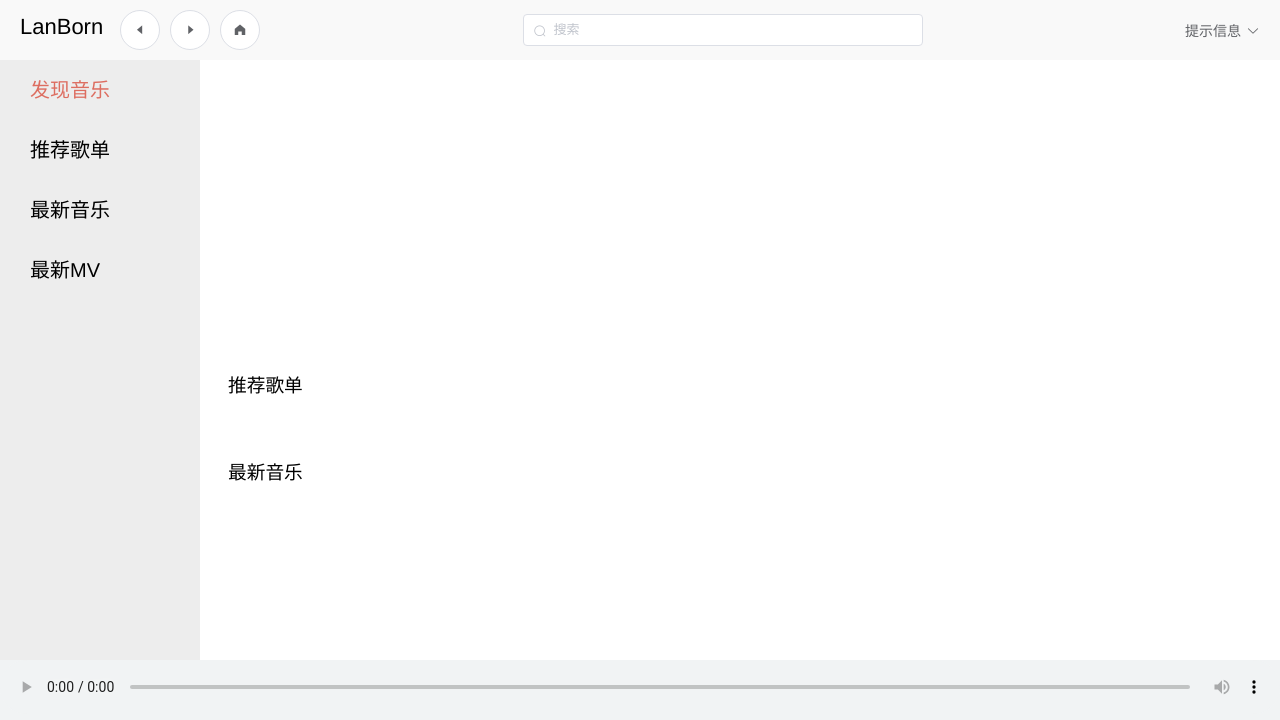
Repository: Lanborn/cloud_music
Page: /
An editor plug-in stored every save of this project. The page is shown before and after a run of saves, followed by the edit.
The browser window is 1280 px wide. The pictures show the whole page.
The page's requests for data from a server got no answer. An inner scrolling area shows only its first screen. The project was rebuilt for these pictures with package versions that can differ from the ones it lists, and the page was loaded fresh each time. No one was signed in, and anything a server would have sent is missing. Also part of the build but not shown: vue.config.js, src/components/playlists.vue, src/components/songs.vue, src/components/mvs.vue, src/components/result.vue, src/components/playlist.vue, src/components/mv.vue.

Above is the page before, as saved 2021-12-12 14:30:14.

After the next 2 saves:
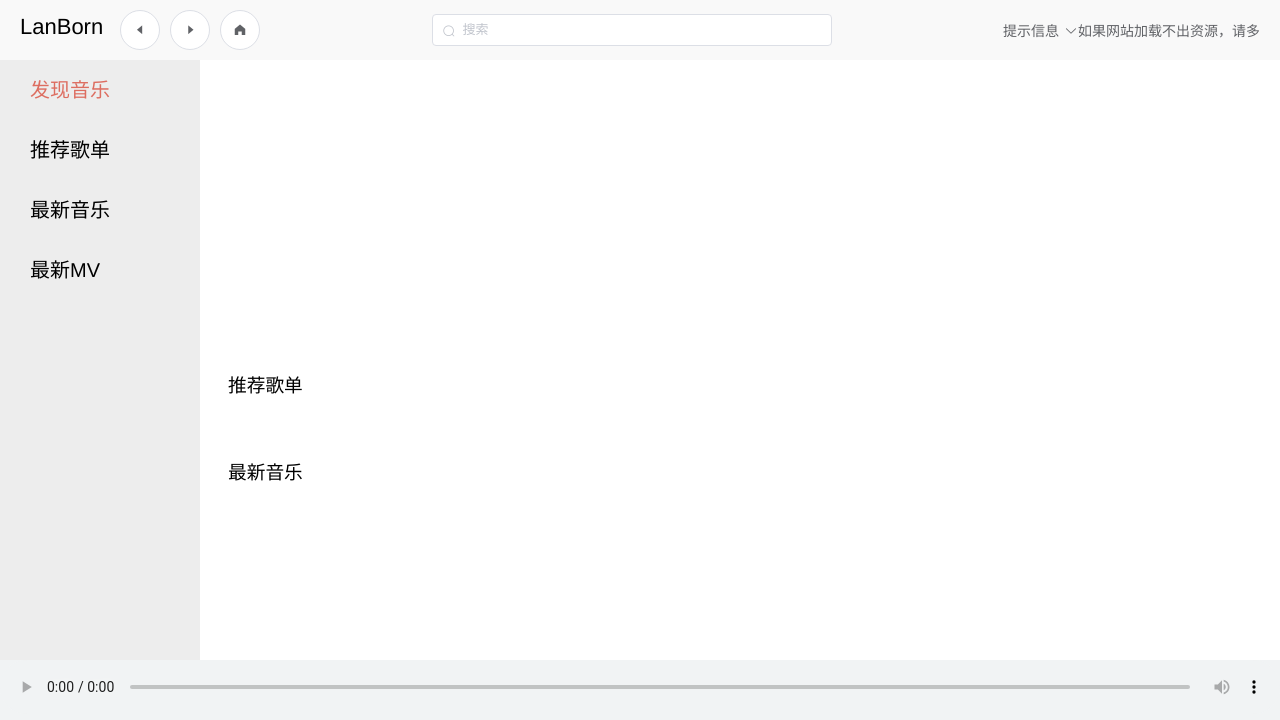
The 2 saves are shown as one change because they came seconds apart.
The last was saved 14 s later.
--- a/src/views/top.vue
+++ b/src/views/top.vue
@@ -38,7 +38,7 @@
     <div class="right-box">
         <el-dropdown>
           <span class="el-dropdown-link">
-            提示信息<i class="el-icon-arrow-down el-icon--right"></i>
+            提示信息<i class="el-icon-arrow-down el-icon--right">如果网站加载不出资源，请多</i>
           </span>
         </el-dropdown>
       </div>
